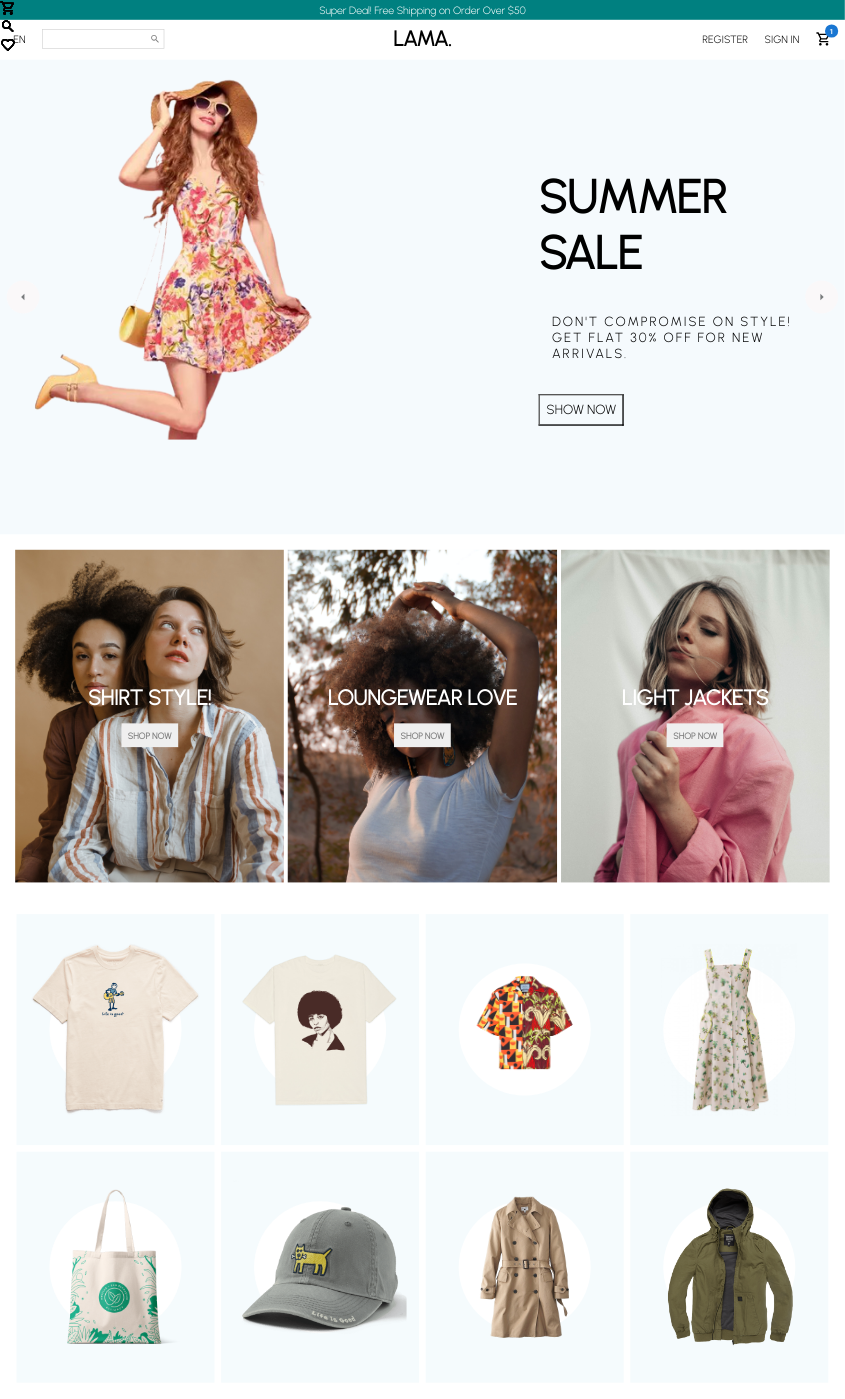
Repository: kmvaghela/ECOMMERCE
Page: /
An editor plug-in stored every save of this project. The page is shown before and after the next save, followed by the edit.
The browser window is 1280 px wide. The pictures show the whole page, at 66% of full size.
The project was rebuilt for these pictures with package versions that can differ from the ones it lists, and the page was loaded fresh each time.

Above is the page before, as saved 2022-02-23 10:13:06.

### public/index.html
<!DOCTYPE html>
<html lang="en">

<head>
  <meta charset="utf-8" />
  <meta name="viewport" content="width=device-width, initial-scale=1" />
  <meta name="description" content="Web site created using create-react-app" />
  <link href="https://fonts.googleapis.com/css2?family=Urbanist:wght@100;200;300&display=swap" rel="stylesheet">
  <style>
    * {
      margin: 0;
      font-family: 'Urbanist', sans-serif;
    }
  </style>
  <title>React App</title>
</head>

<body>
  <noscript>You need to enable JavaScript to run this app.</noscript>
  <div id="root"></div>
</body>

</html>

### src/pages/Home.jsx
import React from "react";
import Announcement from "../components/Announcement";
import Categories from "../components/Categories";
import Navbar from "../components/Navbar";
import Products from "../components/Products";
import Slider from "../components/Slider";
const Home = () => {
  return (
    <div>
      <Announcement />
      <Navbar />
      <Slider />
      <Categories />
      <Products />
    </div>
  );
};
export default Home;

### src/components/Announcement.jsx
import styled from "styled-components";

const Container = styled.div`
  height: 30px;
  background-color: teal;
  color: white;
  display: flex;
  align-items: center;
  justify-content: center;
  font-size: 14;
  font-weight: 500;
`;

const Announcement = () => {
  return (
    <Container>
      Super Deal! Free Shipping on Order Over $50
    </Container>
  );
};

export default Announcement;

### src/components/Categories.jsx
import styled from "styled-components";
import { categories } from "../data";
import CategoryItem from "./CategoryItem";

const Container = styled.div`
  display: flex;
  padding: 20px;
  justify-content: space-between;
`;

const Categories = () => {
  return (
    <Container>
      {categories.map((item) => (
        <CategoryItem item={item} key={item.id}/>
      ))}
    </Container>
  );
};

export default Categories;

### src/components/Navbar.jsx
import React from "react";
import styled from "styled-components";
import SearchOutlinedIcon from "@mui/icons-material/SearchOutlined";
import ShoppingCartOutlinedIcon from "@mui/icons-material/ShoppingCartOutlined";
import Badge from "@mui/material/Badge";

const Container = styled.div`
  height: 60px;
`;
const Wrapper = styled.div`
  padding: 10px 20px;
  display: flex;
  align-items: center;
  justify-content: space-between;
`;
const Left = styled.div`
  flex: 1;
  display: flex;
  align-items: center;
`;
const Language = styled.span`
  font-size: 14;
  cursor: pointer;
`;
const SearchContainer = styled.div`
  border: 0.5px solid lightgray;
  display: flex;
  align-items: center;
  margin-left: 25px;
  padding: 5px;
`;
const Input = styled.input`
  border: none;
`;

const Center = styled.div`
  flex: 2;
`;
const Logo = styled.h1`
  font-weight: bold;
  text-align: center;
`;

const Right = styled.div`
  flex: 1;
  display: flex;
  align-items: center;
  justify-content: flex-end;
`;
const MenuItem = styled.div`
  font-size: 14;
  cursor: pointer;
  margin-left: 25px;
`;

const Navbar = () => {
  return (
    <Container>
      <Wrapper>
        <Left>
          <Language>EN</Language>
          <SearchContainer>
            <Input />
            <SearchOutlinedIcon style={{color:"gray",fontSize:16}}/>
          </SearchContainer>
        </Left>
        <Center>
          <Logo>LAMA.</Logo>
        </Center>
        <Right>
          <MenuItem>REGISTER</MenuItem>
          <MenuItem>SIGN IN</MenuItem>
          <MenuItem>
            <Badge badgeContent={1} color="primary">
              <ShoppingCartOutlinedIcon />
            </Badge>
          </MenuItem>
        </Right>
      </Wrapper>
    </Container>
  );
};
export default Navbar;

### src/components/Products.jsx
import React from "react";
import styled from "styled-components";
import { popularProducts } from "../data";
import Product from "./Product";

const Container = styled.div`
  padding: 20px;
  display: flex;
  flex-wrap: wrap;
  justify-content: space-between;
`;

const Products = () => {
  return (
    <Container>
      {popularProducts.map((item) => (
        <Product item={item} key={item.id} />
      ))}
    </Container>
  );
};

export default Products;

### src/components/Slider.jsx
import React, { useState } from "react";
import styled from "styled-components";
import { ArrowLeftOutlined, ArrowRightOutlined } from "@mui/icons-material";
import { sliderItems } from "../data";
const Container = styled.div`
  width: 100%;
  height: 100vh;
  display: flex;
  position: relative;
  overflow: hidden;
`;
const Arrow = styled.div`
  width: 50px;
  height: 50px;
  background-color: #fff7f7;
  border-radius: 50%;
  display: flex;
  align-items: center;
  justify-content: center;
  position: absolute;
  top: 0;
  bottom: 0;
  left: ${(props) => props.direction === "left" && "10px"};
  right: ${(props) => props.direction === "right" && "10px"};
  margin: auto;
  cursor: pointer;
  opacity: 0.5;
  z-index: 2;
`;

const Wrapper = styled.div`
  height: 100%;
  display: flex;
  transform: translateX(${(props) => props.slideIndex * -100}vw);
  transition: all 1.5s ease;
`;

const Slide = styled.div`
  width: 100vw;
  height: 100vh;
  display: flex;
  align-items: center;
  background-color: ${(props) => props.bg};
`;
const ImgContainer = styled.div`
  height: 100%;
  flex: 1;
`;
const InfoContainer = styled.div`
  flex: 1;
  padding: 50px;
`;
const Image = styled.img`
  height: 80%;
`;

const Title = styled.h1`
  font-size: 70px;
`;
const Desc = styled.p`
  margin: 50px 20px;
  font-size: 20px;
  font-weight: 500;
  letter-spacing: 3px;
`;
const Button = styled.button`
  padding: 10px;
  font-size: 20px;
  background-color: transparent;
  cursor: pointer;
`;

const Slider = () => {
  const [slideIndex, setSlideIndex] = useState(0);
  const handleClick = (direction) => {
    if (direction === "left") {
      setSlideIndex(slideIndex > 0 ? slideIndex - 1 : 2);
    } else {
      setSlideIndex(slideIndex < 2 ? slideIndex + 1 : 0);
    }
  };
  return (
    <Container>
      <Arrow direction="left" onClick={() => handleClick("left")}>
        <ArrowLeftOutlined />
      </Arrow>
      <Wrapper slideIndex={slideIndex}>
        {sliderItems.map((item) => (
          <Slide bg={item.bg} key={item.id}>
            <ImgContainer>
              <Image src={item.img} alt="" />
            </ImgContainer>
            <InfoContainer>
              <Title>{item.title}</Title>
              <Desc>{item.desc}</Desc>
              <Button>SHOW NOW</Button>
            </InfoContainer>
          </Slide>
        ))}
      </Wrapper>
      <Arrow direction="right" onClick={() => handleClick("right")}>
        <ArrowRightOutlined />
      </Arrow>
    </Container>
  );
};

export default Slider;

### src/data.js
import img1 from "./assets/1.png";
import img2 from "./assets/2.png";
import img3 from "./assets/3.png";
import caterogryImg1 from "./assets/category-item-images/1.jpg";
import caterogryImg2 from "./assets/category-item-images/2.jpg";
import caterogryImg3 from "./assets/category-item-images/3.jpg";
import ProductImg1 from "./assets/product-images/1.png";
import ProductImg2 from "./assets/product-images/2.png";
import ProductImg3 from "./assets/product-images/3.png";
import ProductImg4 from "./assets/product-images/4.png";
import ProductImg5 from "./assets/product-images/5.png";
import ProductImg6 from "./assets/product-images/6.png";
import ProductImg7 from "./assets/product-images/7.png";
import ProductImg8 from "./assets/product-images/8.png";

export const sliderItems = [
    {
        id: 1,
        img: img1,
        title: "SUMMER SALE",
        desc: "DON'T COMPROMISE ON STYLE! GET FLAT 30% OFF FOR NEW ARRIVALS.",
        bg: "#f5fafd",
    },
    {
        id: 2,
        img: img2,
        title: "AUTUMN COLLECTION",
        desc: "DON'T COMPROMISE ON STYLE! GET FLAT 30% OFF FOR NEW ARRIVALS.",
        bg: "#fcf1ed",
    },
    {
        id: 3,
        img: img3,
        title: "LOUNGEWEAR LOVE",
        desc: "DON'T COMPROMISE ON STYLE! GET FLAT 30% OFF FOR NEW ARRIVALS.",
        bg: "#fbf0f4",
    }
];

export const categories = [
    {
        id: 1,
        img: caterogryImg1,
        title: "SHIRT STYLE!",
    },
    {
        id: 2,
        img: caterogryImg2,
        title: "LOUNGEWEAR LOVE",
    },
    {
        id: 3,
        img: caterogryImg3,
        title: "LIGHT JACKETS",
    }
];

export const popularProducts = [
    {
        id: 1,
        img: ProductImg1,
    },
    {
        id: 2,
        img: ProductImg2,
    },
    {
        id: 3,
        img: ProductImg3,
    },
    {
        id: 4,
        img: ProductImg4,
    },
    {
        id: 5,
        img: ProductImg5,
    },
    {
        id: 6,
        img: ProductImg6,
    },
    {
        id: 7,
        img: ProductImg7,
    },
    {
        id: 8,
        img: ProductImg8,
    },

]

### src/components/CategoryItem.jsx
import React from "react";
import styled from "styled-components";

const Container = styled.div`
  flex: 1;
  margin: 3px;
  height: 70vh;
  position: relative;
`;

const Image = styled.img`
  width: 100%;
  height: 100%;
  object-fit: cover;
  background-color: coral;
`;
const Info = styled.div`
  position: absolute;
  top: 0;
  left: 0;
  width: 100%;
  height: 100%;
  display: flex;
  align-items: center;
  justify-content: center;
  flex-direction: column;
`;
const Title = styled.h1`
  color: white;
  margin-bottom: 20px;
`;
const Button = styled.button`
  border: none;
  padding: 10px;
  color: gray;
  cursor: pointer;
  font-weight: 600;
`;

const CategoryItem = ({ item }) => {
  return (
    <Container key={item.id}>
      <Image src={item.img} alt="not  found" />
      <Info>
        <Title>{item.title}</Title>
        <Button>SHOP NOW</Button>
      </Info>
    </Container>
  );
};

export default CategoryItem;

### src/components/Product.jsx
import React from "react";
import styled from "styled-components";
import ShoppingCartOutlined from "@mui/icons-material/ShoppingCartOutlined";
import SearchOutlined from "@mui/icons-material/SearchOutlined";
import FavoriteBorderOutlined from "@mui/icons-material/FavoriteBorderOutlined";

const Container = styled.div`
  flex: 1;
  margin: 5px;
  min-width: 280px;
  height: 350px;
  display: flex;
  align-items: center;
  justify-content: center;
  background-color: #f5fbfd;
`;

const Circle = styled.div`
  background-color: white;
  width: 200px;
  height: 200px;
  border-radius: 50%;
  position: absolute;
`;

const Image = styled.img`
  height: 75%;
  z-index: 2;
`;

const Info = styled.div`
  width: 100%;
  height: 100%;
  position: absolute;
  top: 0;
  left: 0;
`;

const Icon = styled.div`
`;

const Product = ({ item }) => {
  return (
    <Container>
      <Circle />
      <Image src={item.img} alt="" />
      <Info>
        <Icon>
          <ShoppingCartOutlined />
        </Icon>
        <Icon>
          <SearchOutlined />
        </Icon>
        <Icon>
          <FavoriteBorderOutlined />
        </Icon>
      </Info>
    </Container>
  );
};

export default Product;

Loaded but not shown: src/index.js (common file); src/App.jsx (common file)

After the next save:
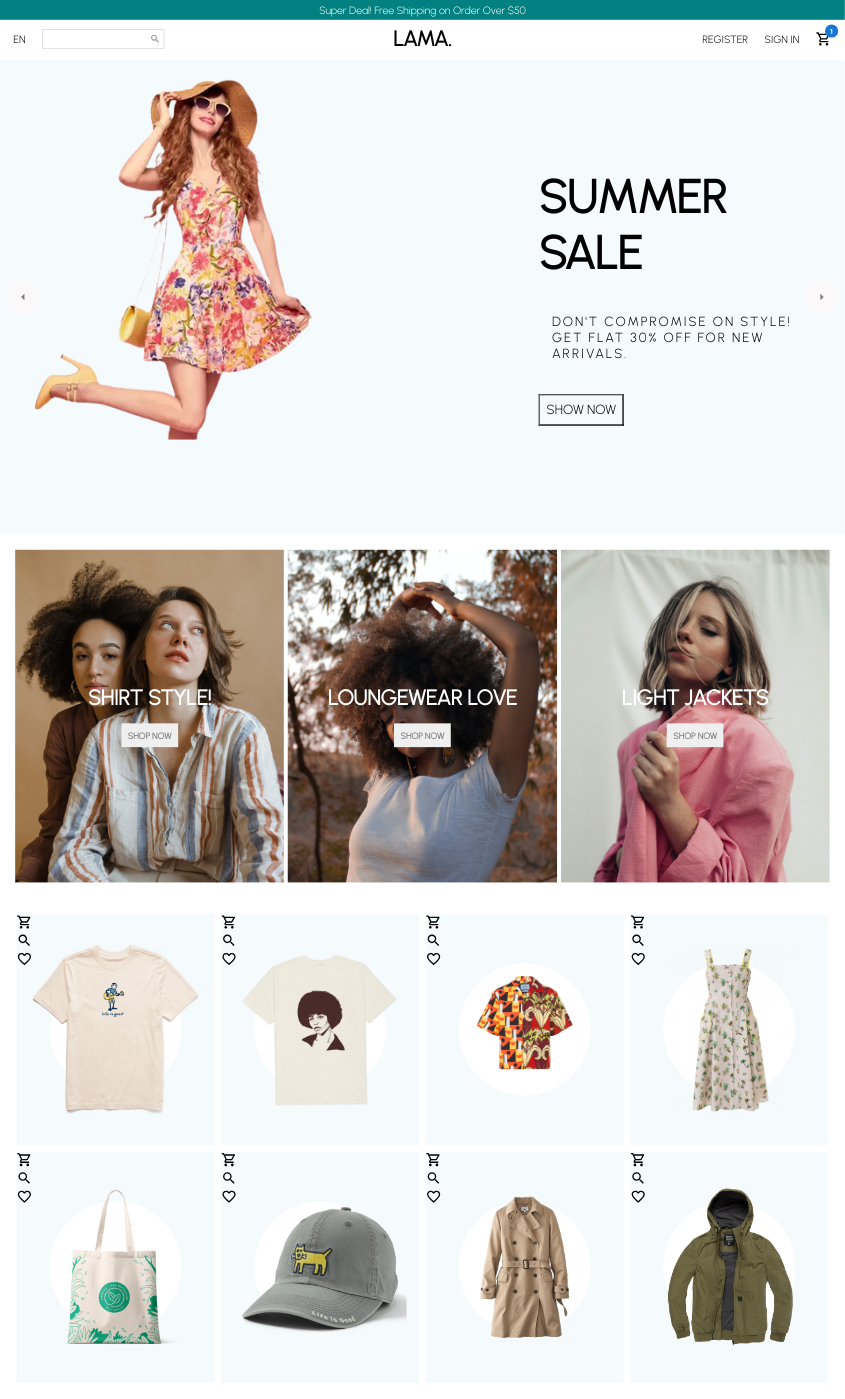
Saved 7 h 37 min later.
--- a/src/components/Product.jsx
+++ b/src/components/Product.jsx
@@ -13,6 +13,7 @@
   align-items: center;
   justify-content: center;
   background-color: #f5fbfd;
+  position: relative;
 `;
 
 const Circle = styled.div`
@@ -36,8 +37,7 @@
   left: 0;
 `;
 
-const Icon = styled.div`
-`;
+const Icon = styled.div``;
 
 const Product = ({ item }) => {
   return (
